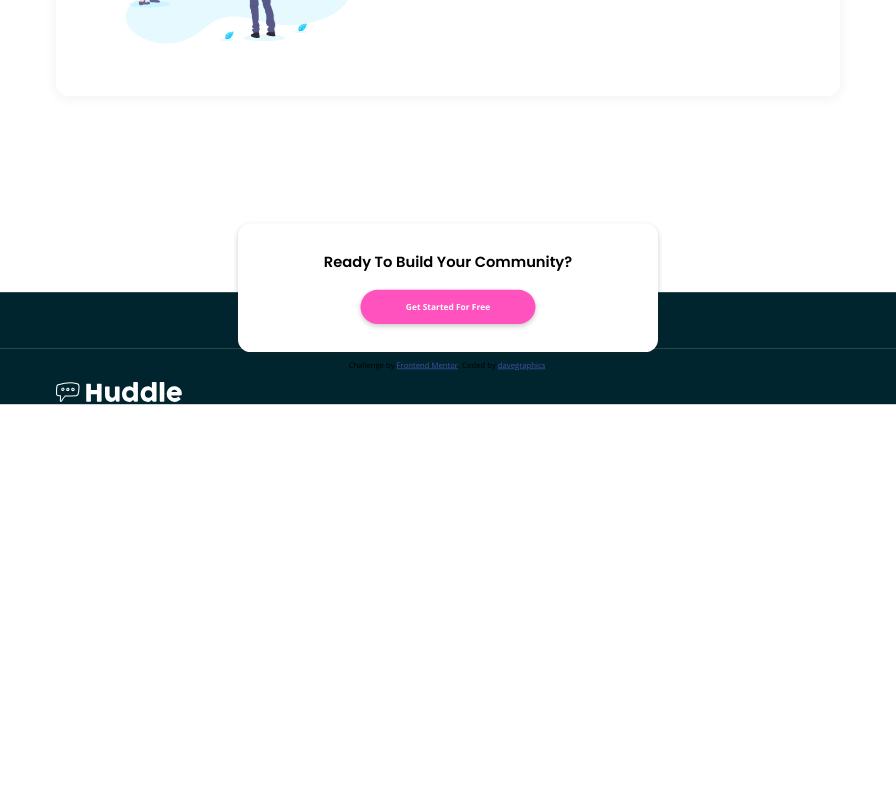
Repository: DejV44/Huddle-landing-page
Page: index.html
The author's editor kept a copy of each file at every save. The page is drawn from the files as they stood at one save, then again after the next save.
The browser window is 1280 px wide. The pictures show the part of the page from y = 1919 to 3839 px (the page is 3072 px tall before and 3839 px after), at 70% of full size.
The style sheet was rebuilt from its Sass, Less or Tailwind sources for each picture, by a compiler version that may differ from the author's.

Above is the page before, as saved 2021-08-22 14:25:48.

After the next save:
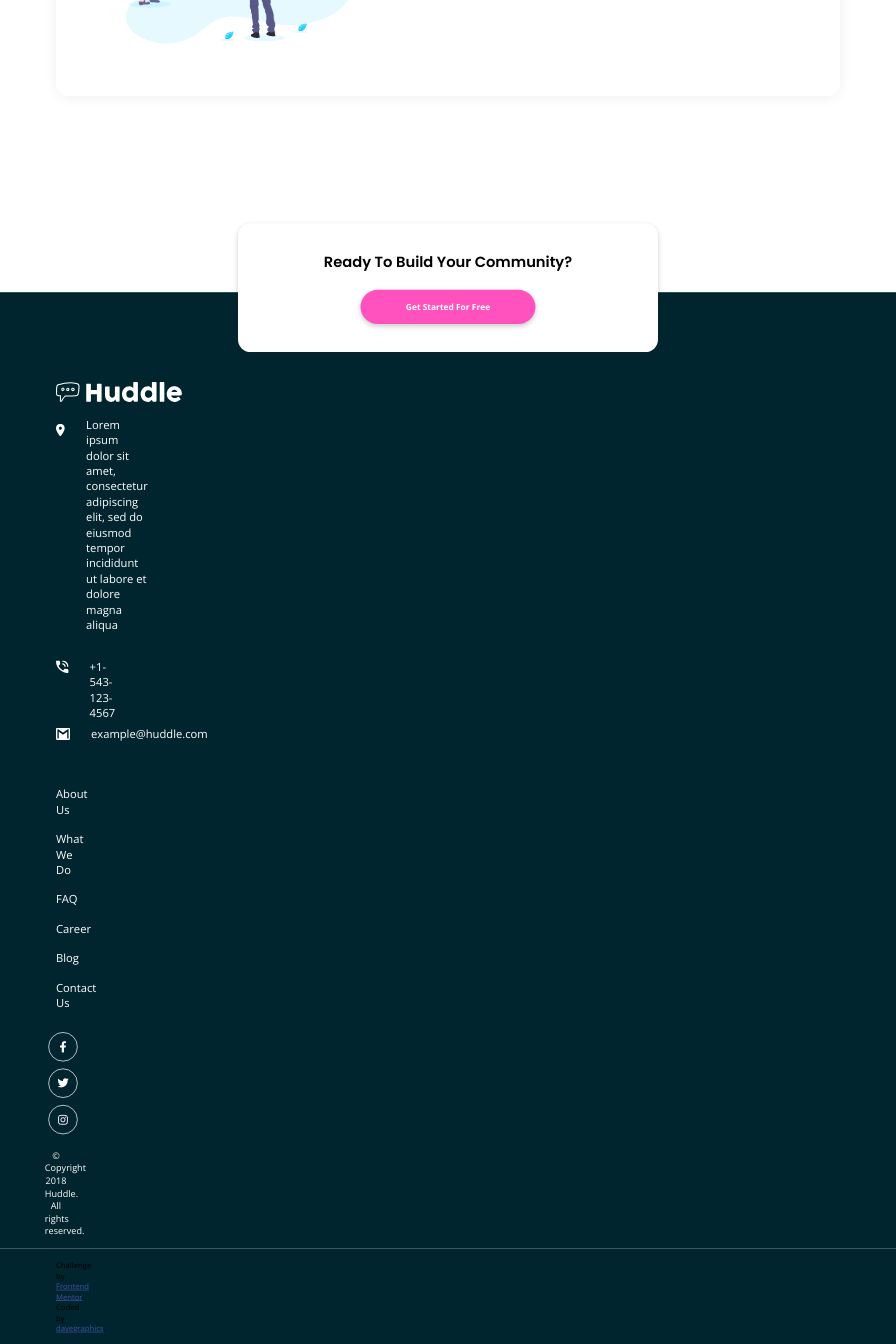
Saved 83 s later.
--- a/css/_footer.scss
+++ b/css/_footer.scss
@@ -3,7 +3,7 @@ footer {
     @media (min-width: 768px){
         padding: 0 4rem;
         display: grid;
-        grid-template-rows: 2rem 1rem 1rem 1rem;
+        grid-template-columns: 2rem 1rem 1rem 1rem;
     }
 
 
